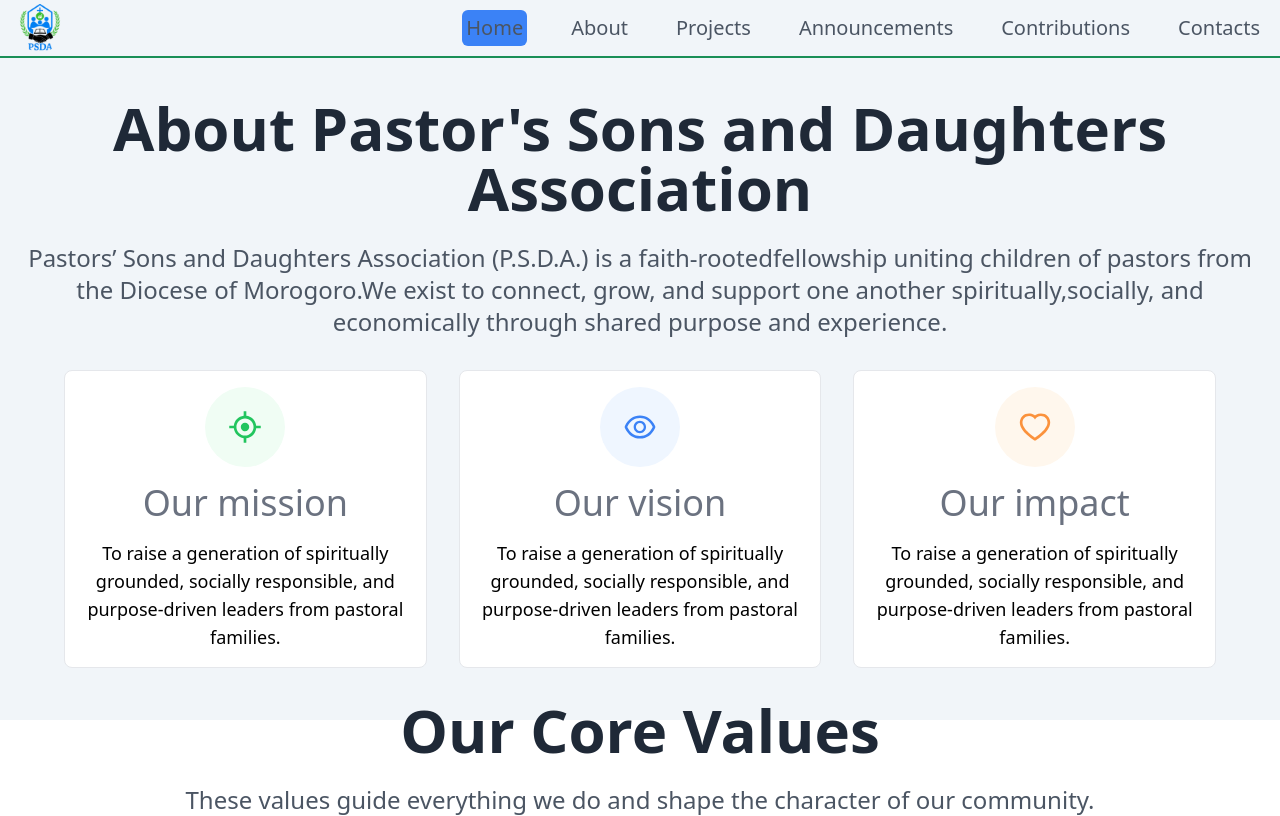
Repository: Zedestar/psda
Page: /about
The author's editor kept a copy of each file at every save. The page is drawn from the files as they stood at one save, then again after a run of saves.
The browser window is 1280 px wide. The pictures show the whole page.
The project was rebuilt for these pictures with package versions that can differ from the ones it lists, and the page was loaded fresh each time. Also part of the build but not shown: src/pages/home/home.jsx, src/pages/projects/projects.jsx, src/pages/announcements/announcements.jsx, src/pages/contirbutions/contributions.jsx, src/pages/contacts/contacts.jsx.

Above is the page before, as saved 2025-07-18 20:34:43.

After the next 3 saves:
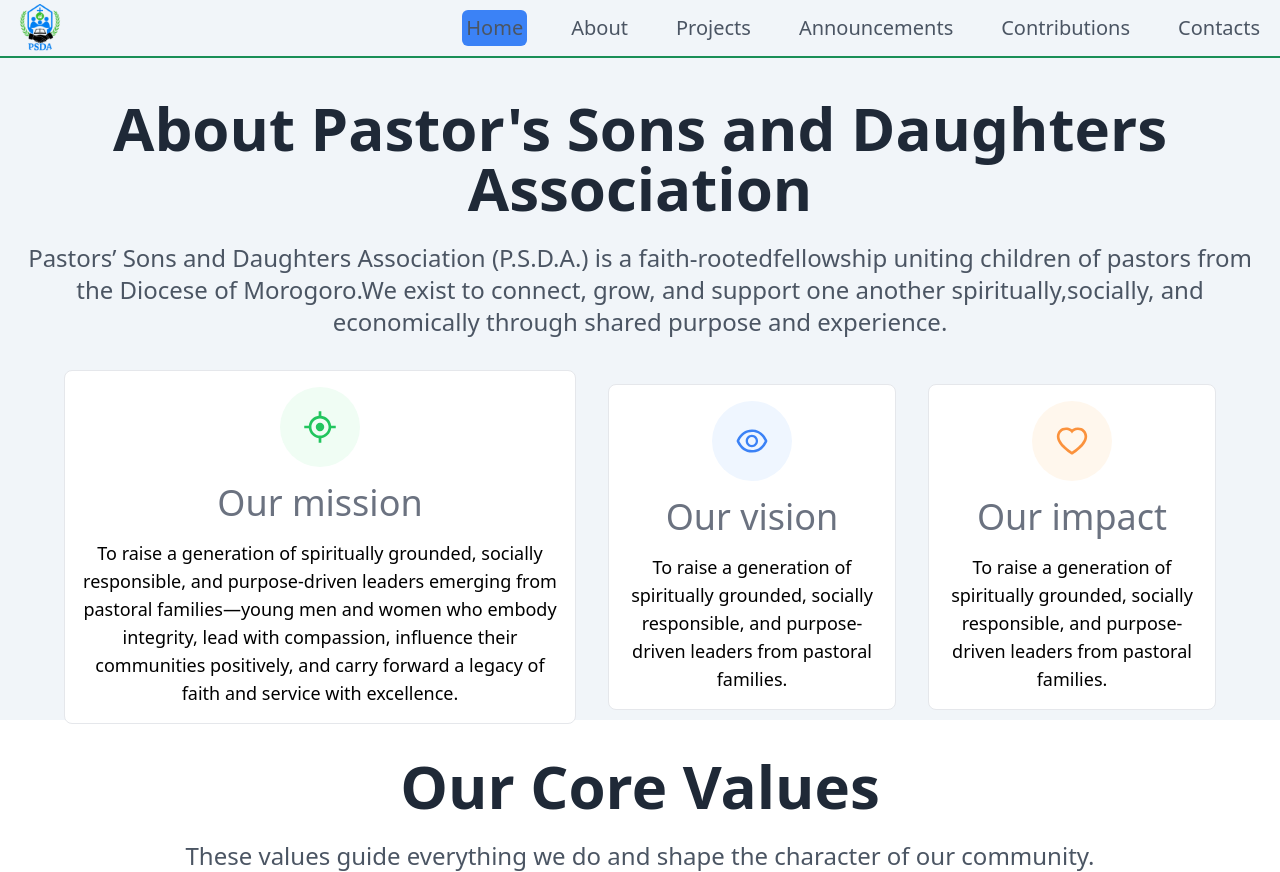
The 3 saves are shown as one change because 2 did not build or start.
The last was saved 2 min 36 s later.
--- a/src/pages/about/mission-vission-impact.js
+++ b/src/pages/about/mission-vission-impact.js
@@ -5,7 +5,8 @@ const mission_vission_impact_data = [
     id: 1,
     title: "Our mission",
     content:
-      "To raise a generation of spiritually grounded, socially responsible, and purpose-driven leaders from pastoral families.",
+      "To raise a generation of spiritually grounded, socially responsible, and purpose-driven leaders emerging from pastoral families—young men and women who embody integrity, lead with compassion, influence their communities positively, and carry forward a legacy of faith and service with excellence.",
+
     icon: <AiOutlineAim className="text-4xl text-green-500" />,
     color: "bg-green-50",
   },
